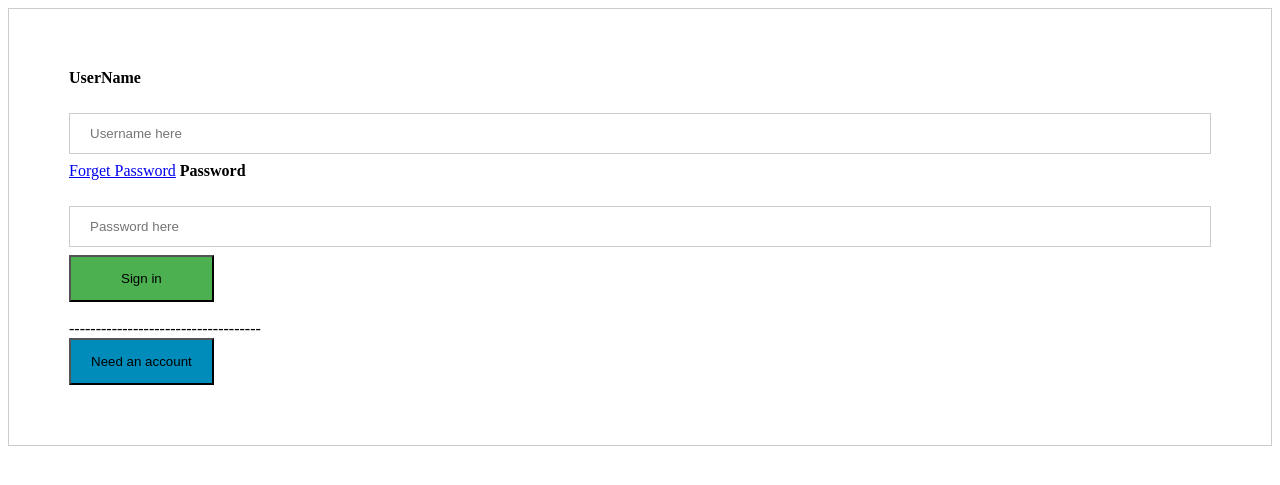
Repository: hamshini/demopro
Page: wippro/Application/WebContent/signin.html
The author's editor kept a copy of each file at every save. The page is drawn from the files as they stood at one save, then again after the next save.
The browser window is 1280 px wide. The pictures show the whole page.

Above is the page before, as saved 2018-01-06 06:10:00.

### wippro/Application/WebContent/signin.html
<!DOCTYPE html>
<html>
<head>
<meta charset="ISO-8859-1">
<title>SignIn</title>
</head>
<style>
input[type=text], input[type=password] {
    width: 100%;
    padding: 12px 20px;
    margin: 8px 0;
    display: inline-block;
    border: 1px solid #ccc;
    box-sizing: border-box;
}

.needacc {
	padding: 14px 20px;
	background-color: #008CBA;
}
.container {
    padding: 60px;
}

.signinbtn {
	padding: 14px 50px;
	background-color: #4CAF50;
}
</style>
<body>
	<form action="/action_page.php" style="border:1px solid #ccc">
	 <div class="container">
		<div class="form-group">
			<label><b>UserName</b></label><br>
			<br>
			<input type="text"
				placeholder="Username here" class="form-control" name="user"
				required><br>
				<a href="forgetpass.html">Forget Password</a>
				 <label><b>Password</b></label> <br>
				<br>
			<input type="password" placeholder="Password here" class="form-control"
				name="pwd" required> <br>
		</div>
		<div class="clearfix">
			<button type="button" class="signinbtn">Sign in</button>

		</div>
		<br>------------------------------------</br>
		<div class="clearfix">
			<button type="button" class="needacc">Need an account</button>

		</div>
		</div>
	</form>
</body>
</html>

After the next save:
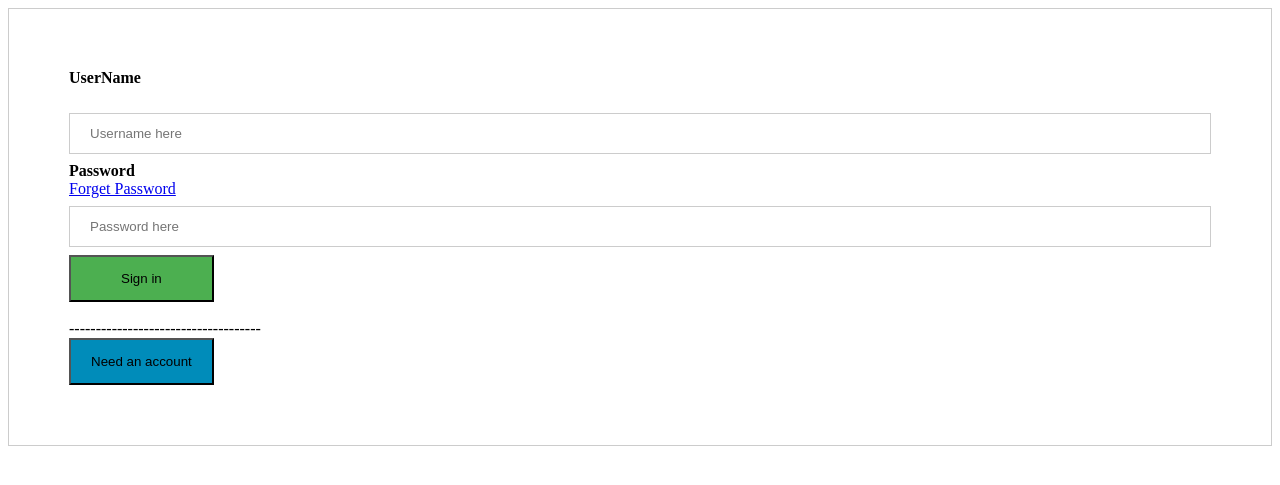
Saved 29 s later.
--- a/wippro/Application/WebContent/signin.html
+++ b/wippro/Application/WebContent/signin.html
@@ -36,8 +36,9 @@ input[type=text], input[type=password] {
 			<input type="text"
 				placeholder="Username here" class="form-control" name="user"
 				required><br>
-				<a href="forgetpass.html">Forget Password</a>
+
 				 <label><b>Password</b></label> <br>
+				 <a href="forgetpass.html">Forget Password</a>
 				<br>
 			<input type="password" placeholder="Password here" class="form-control"
 				name="pwd" required> <br>
